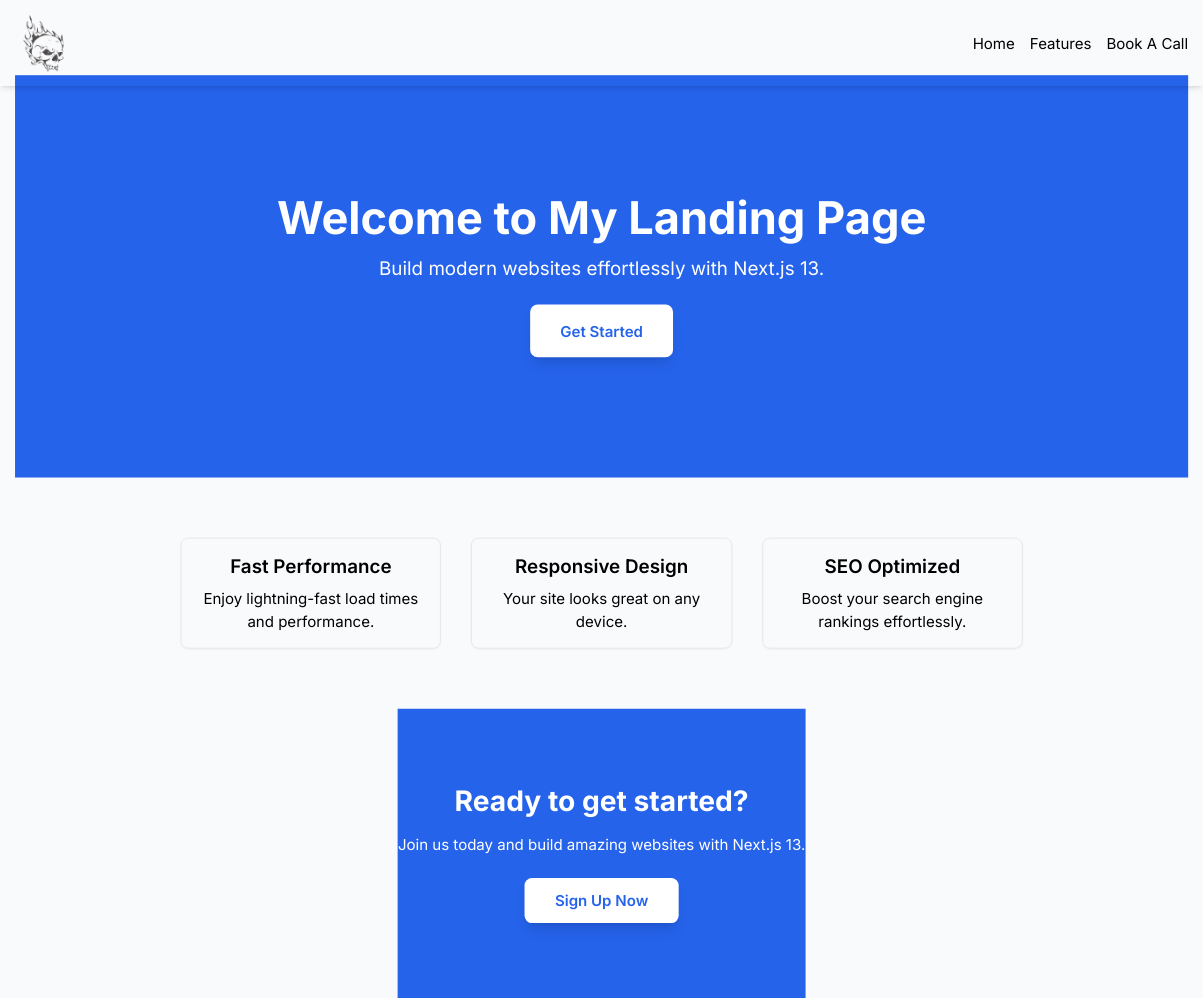
Repository: TheSecretlifeOfX/landing1
Page: /
The author's editor kept a copy of each file at every save. The page is drawn from the files as they stood at one save, then again after the next save.
The browser window is 1280 px wide. The pictures show the whole page, at 94% of full size.
The project was rebuilt for these pictures with package versions that can differ from the ones it lists, and the page was loaded fresh each time. The framework's server and built-in components were replaced by stand-ins that run in the browser. Also part of the build but not shown: next.config.js.

Above is the page before, as saved 2024-11-13 22:25:24.

After the next save:
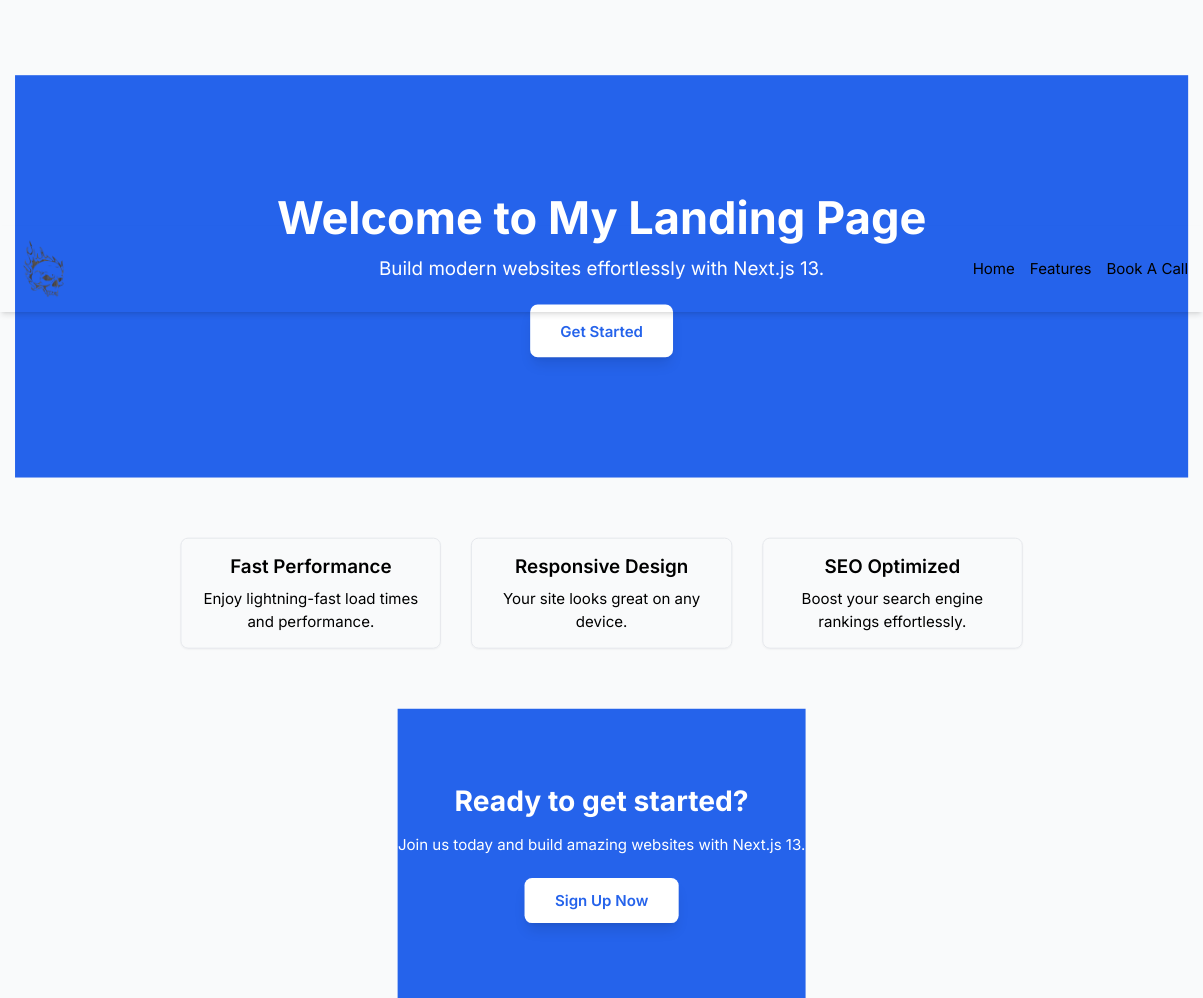
Saved 21 s later.
--- a/app/components/Navbar.tsx
+++ b/app/components/Navbar.tsx
@@ -5,7 +5,7 @@
 
 export default function Navbar() {
   return (
-    <nav className="fixed top-0 left-0 w-full bg-grey-200 p-4 text-black shadow-md z-50 pb-50">
+    <nav className="fixed top-0 left-0 w-full bg-grey-200 p-4 text-black shadow-md z-50 mt-60">
       <div className="container mx-auto flex justify-between items-center">
         <div className="text-2xl font-bold">
           <Link href="/">

After the save that followed:
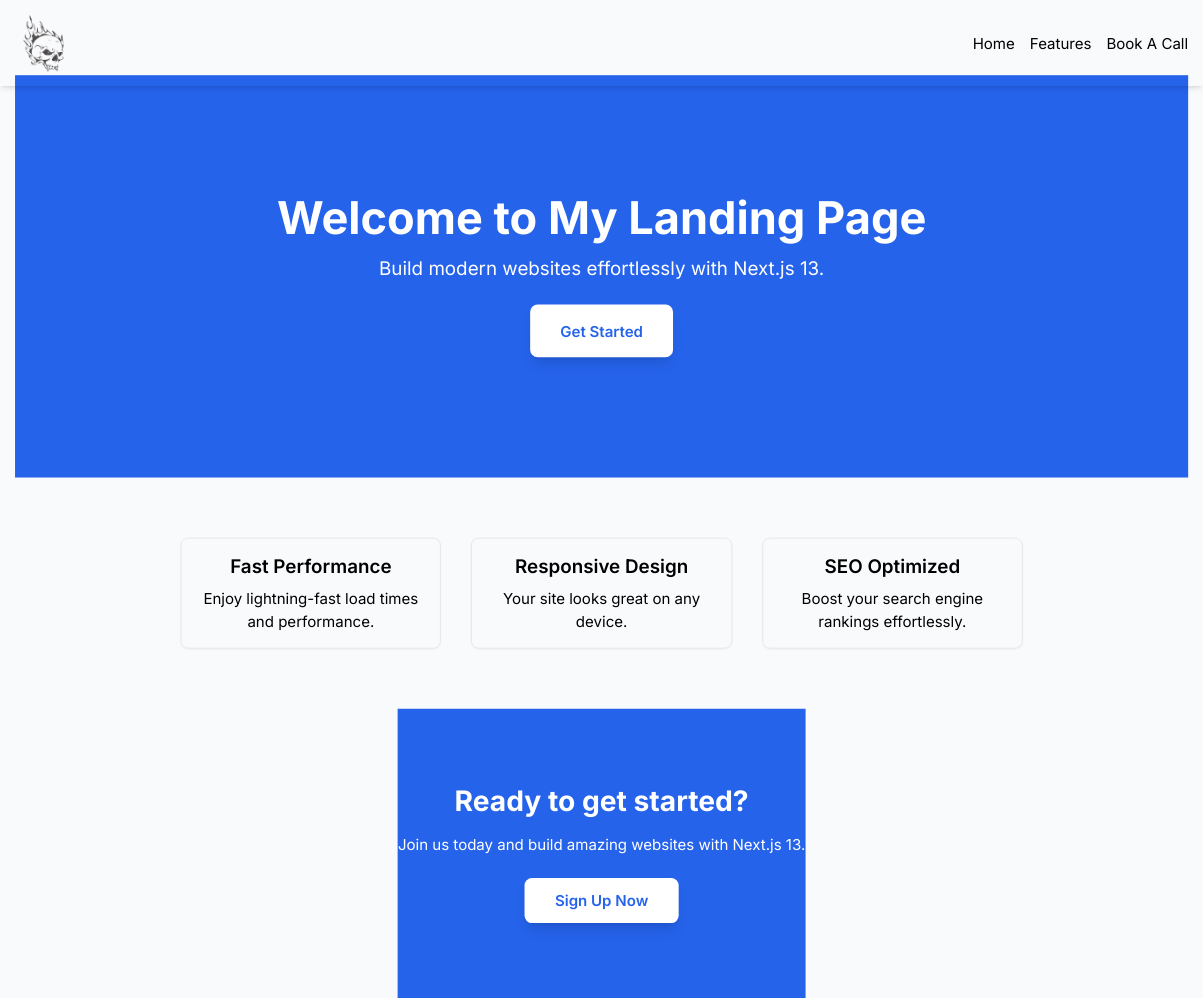
Saved 8 s later.
--- a/app/components/Navbar.tsx
+++ b/app/components/Navbar.tsx
@@ -5,7 +5,7 @@
 
 export default function Navbar() {
   return (
-    <nav className="fixed top-0 left-0 w-full bg-grey-200 p-4 text-black shadow-md z-50 mt-60">
+    <nav className="fixed top-0 left-0 w-full bg-grey-200 p-4 text-black shadow-md z-50 mt">
       <div className="container mx-auto flex justify-between items-center">
         <div className="text-2xl font-bold">
           <Link href="/">
